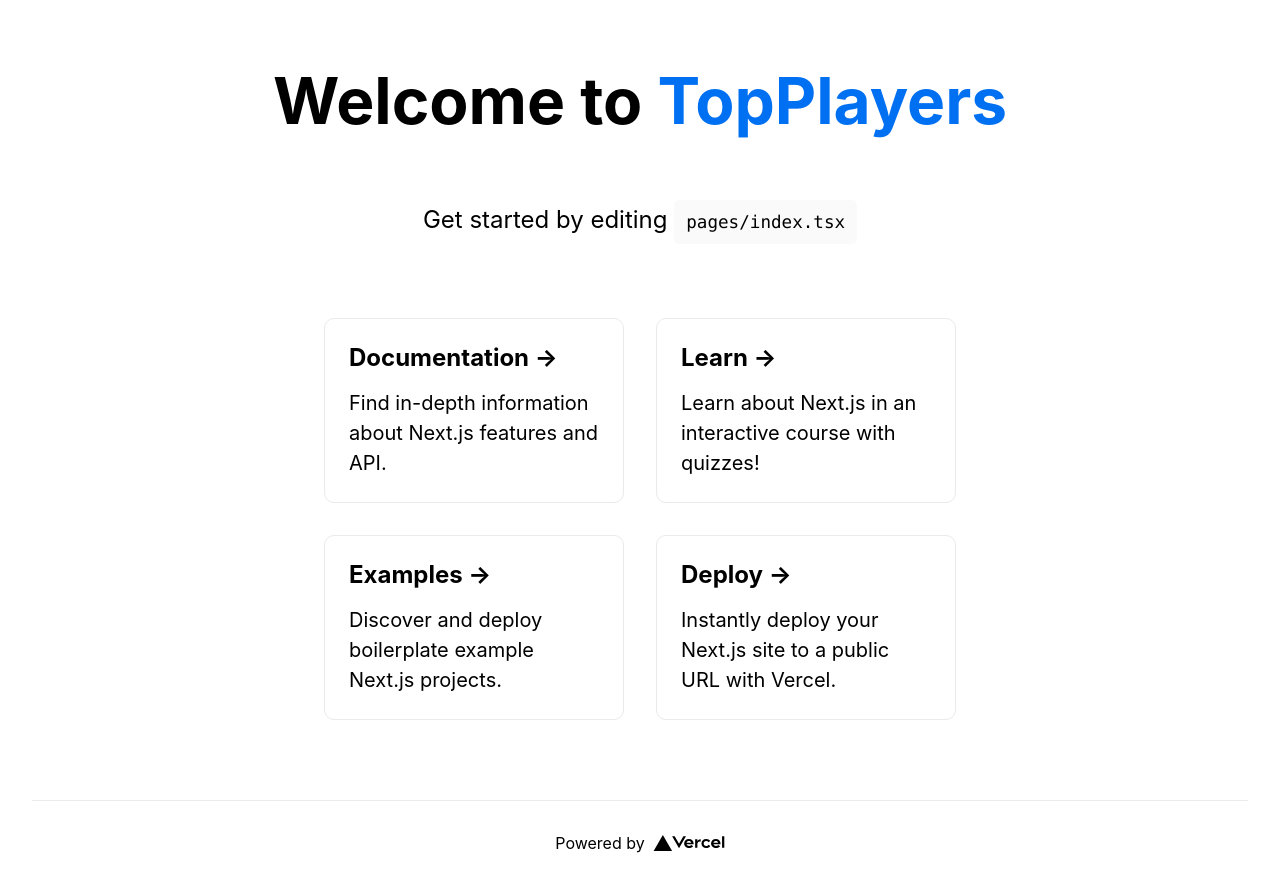
Repository: duncanidaho14/next-first-app
Page: /
An editor plug-in stored every save of this project. The page is shown before and after a run of saves, followed by the edit.
The browser window is 1280 px wide. The pictures show the whole page.
The project was rebuilt for these pictures with package versions that can differ from the ones it lists, and the page was loaded fresh each time. The framework's server and built-in components were replaced by stand-ins that run in the browser. Also part of the build but not shown: next.config.js.

Above is the page before, as saved 2022-03-06 11:14:25.

### pages/index.tsx
import type { NextPage } from 'next'
import Head from 'next/head'
import Image from 'next/image'
import styles from '../styles/Home.module.css'

const Home: NextPage = () => {
  return (
    <div className={styles.container}>
      <Head>
        <title>Les meilleurs joueurs de foot</title>
        <meta name="description" content="Les meilleurs joueurs de foot de la planète à travers l'histoire..." />
        <link rel="icon" href="/favicon.ico" />
      </Head>

      <main className={styles.main}>
        <h1 className={styles.title}>
          Welcome to <a href="https://nextjs.org">TopPlayers</a>
        </h1>

        <p className={styles.description}>
          Get started by editing{' '}
          <code className={styles.code}>pages/index.tsx</code>
        </p>

        <div className={styles.grid}>
          <a href="https://nextjs.org/docs" className={styles.card}>
            <h2>Documentation &rarr;</h2>
            <p>Find in-depth information about Next.js features and API.</p>
          </a>

          <a href="https://nextjs.org/learn" className={styles.card}>
            <h2>Learn &rarr;</h2>
            <p>Learn about Next.js in an interactive course with quizzes!</p>
          </a>

          <a
            href="https://github.com/vercel/next.js/tree/canary/examples"
            className={styles.card}
          >
            <h2>Examples &rarr;</h2>
            <p>Discover and deploy boilerplate example Next.js projects.</p>
          </a>

          <a
            href="https://vercel.com/new?utm_source=create-next-app&utm_medium=default-template&utm_campaign=create-next-app"
            className={styles.card}
          >
            <h2>Deploy &rarr;</h2>
            <p>
              Instantly deploy your Next.js site to a public URL with Vercel.
            </p>
          </a>
        </div>
      </main>

      <footer className={styles.footer}>
        <a
          href="https://vercel.com?utm_source=create-next-app&utm_medium=default-template&utm_campaign=create-next-app"
          target="_blank"
          rel="noopener noreferrer"
        >
          Powered by{' '}
          <span className={styles.logo}>
            <Image src="/vercel.svg" alt="Vercel Logo" width={72} height={16} />
          </span>
        </a>
      </footer>
    </div>
  )
}

export default Home

Loaded but not shown: pages/_app.tsx (common file); styles/globals.css (common file); styles/Home.module.css (common file)

After the next 2 saves:
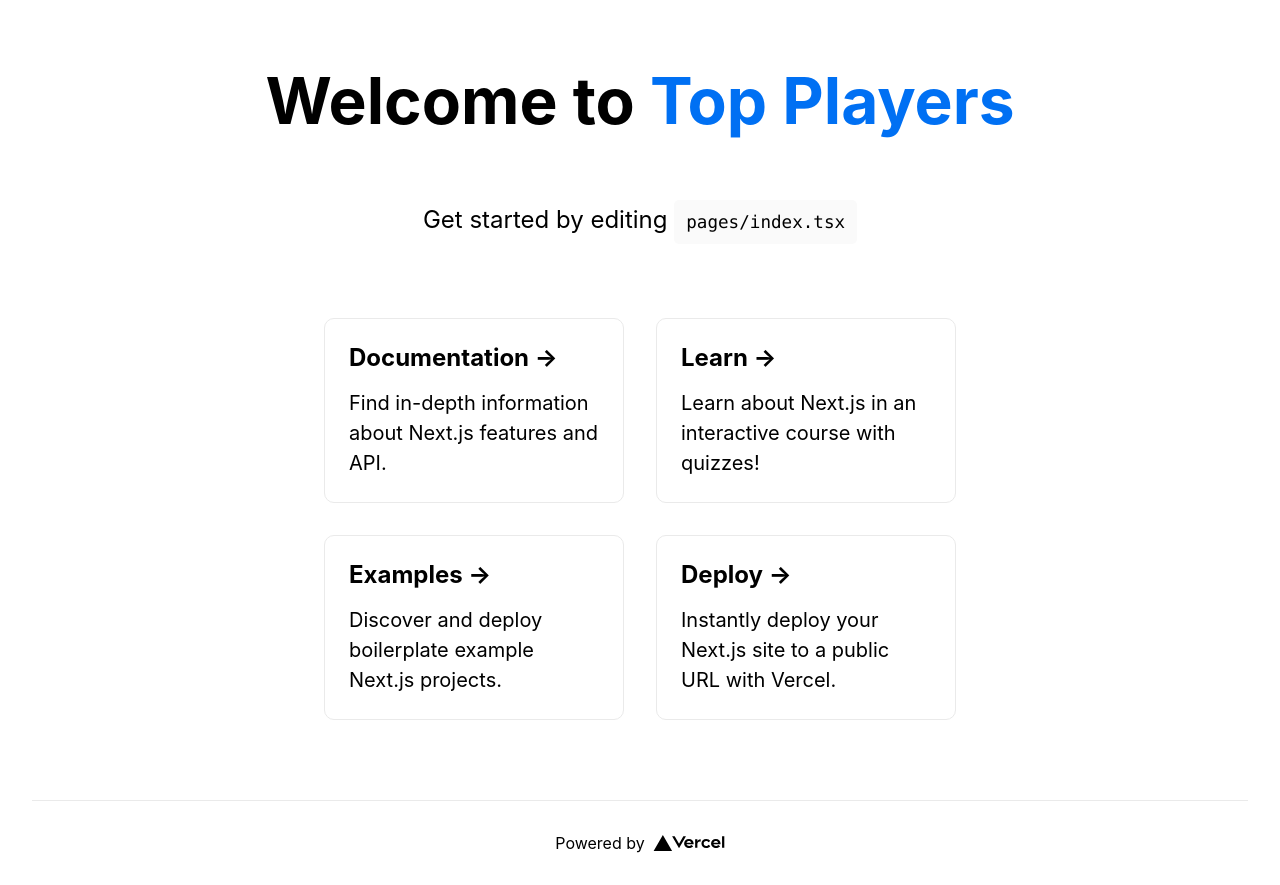
The 2 saves are shown as one change because they came seconds apart.
The last was saved 8 s later.
--- a/pages/index.tsx
+++ b/pages/index.tsx
@@ -14,7 +14,7 @@
 
       <main className={styles.main}>
         <h1 className={styles.title}>
-          Welcome to <a href="https://nextjs.org">TopPlayers</a>
+          Welcome to <a href="https://nextjs.org">Top Players</a>
         </h1>
 
         <p className={styles.description}>
